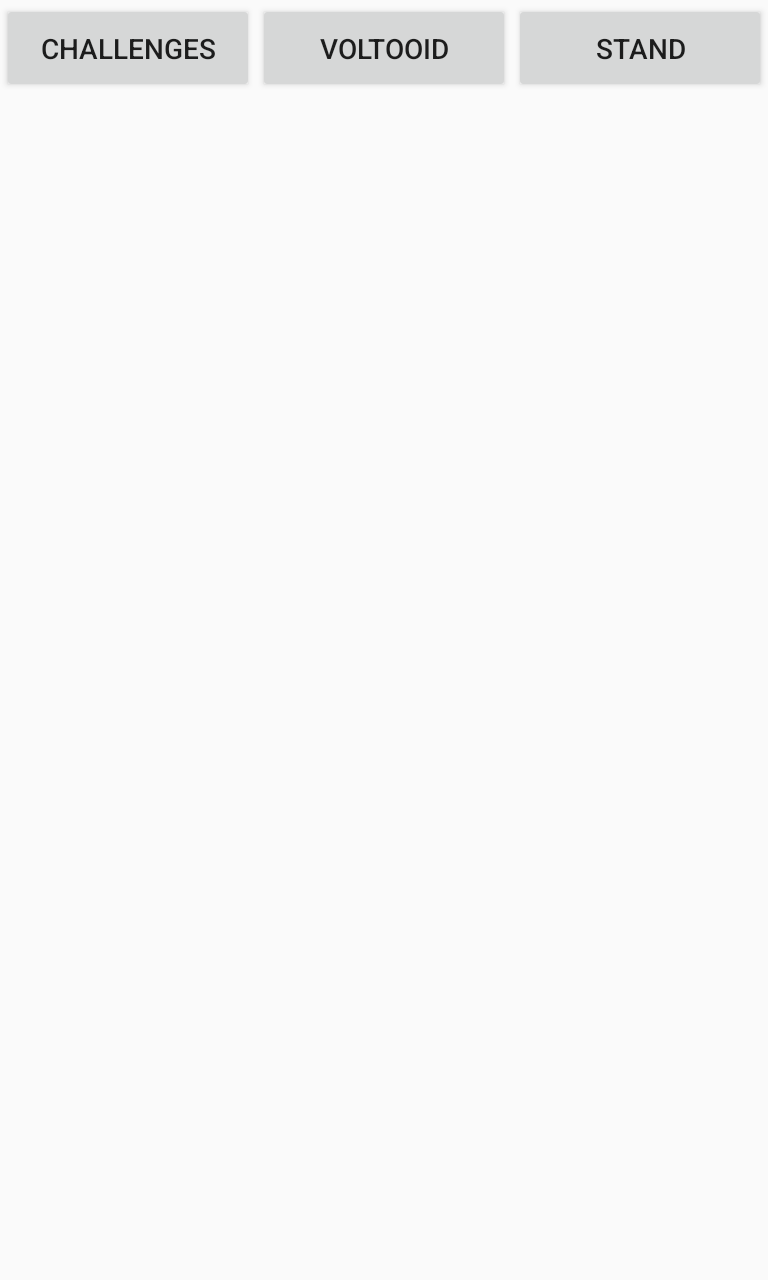
Repository: MarcSelles/BeatYourBucketAndroid
Layout: The_app/BeatYourBucket/res/layout/fragment_challenge_buttons.xml
These files come from the project's save history. The layout is drawn as it stood at one moment and after the next save; the edit follows.
It is drawn on a 768 x 1280 px phone screen (xhdpi) without system bars, with theme AppTheme; the app's code is not run.

Above is the layout before, as saved 2015-01-27 10:45:02.

After the next save:
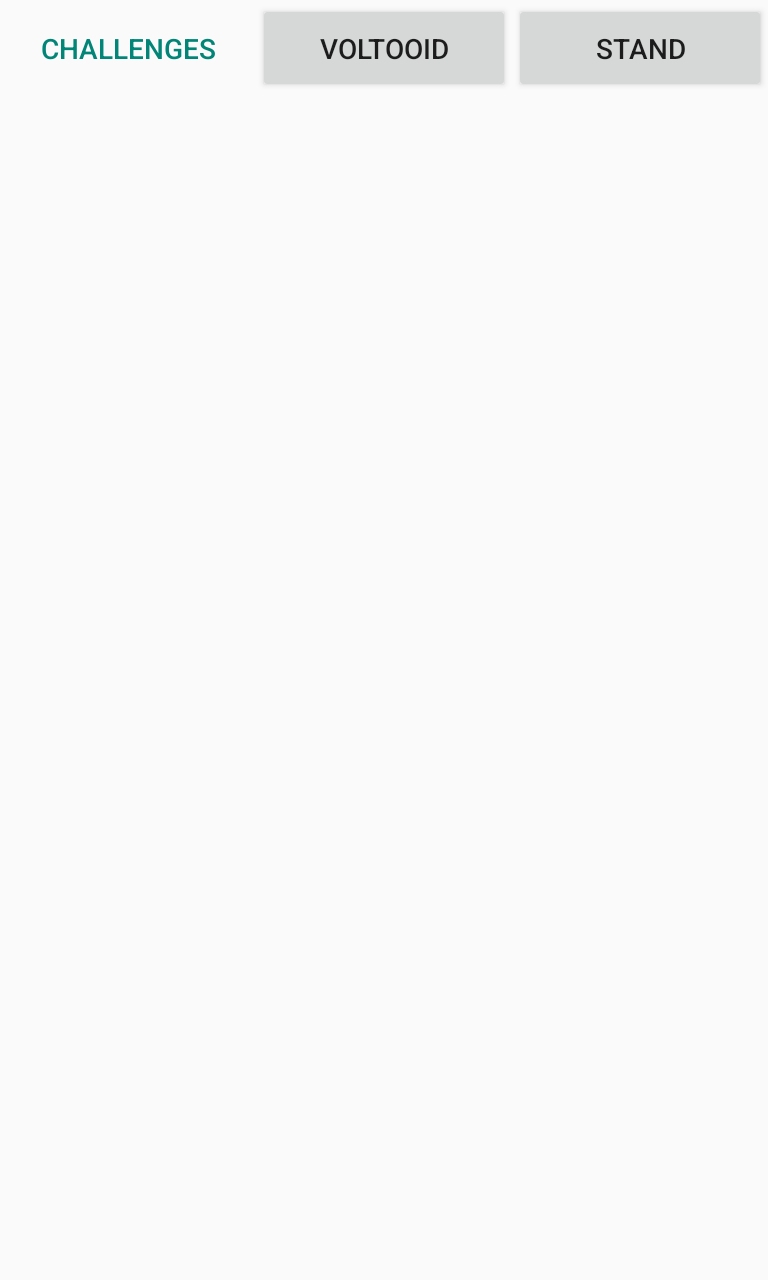
Saved 2 min 14 s later.
--- a/The_app/BeatYourBucket/res/layout/fragment_challenge_buttons.xml
+++ b/The_app/BeatYourBucket/res/layout/fragment_challenge_buttons.xml
@@ -19,7 +19,8 @@
             android:layout_height="wrap_content"
             android:layout_gravity="center_horizontal|center"
             android:onClick="makeTabs2"
-	        android:text="Challenges" />
+	        android:text="Challenges"
+	        style="?android:attr/buttonBarButtonStyle" />
 
 	    <Button
 	        android:id="@+id/completed"
